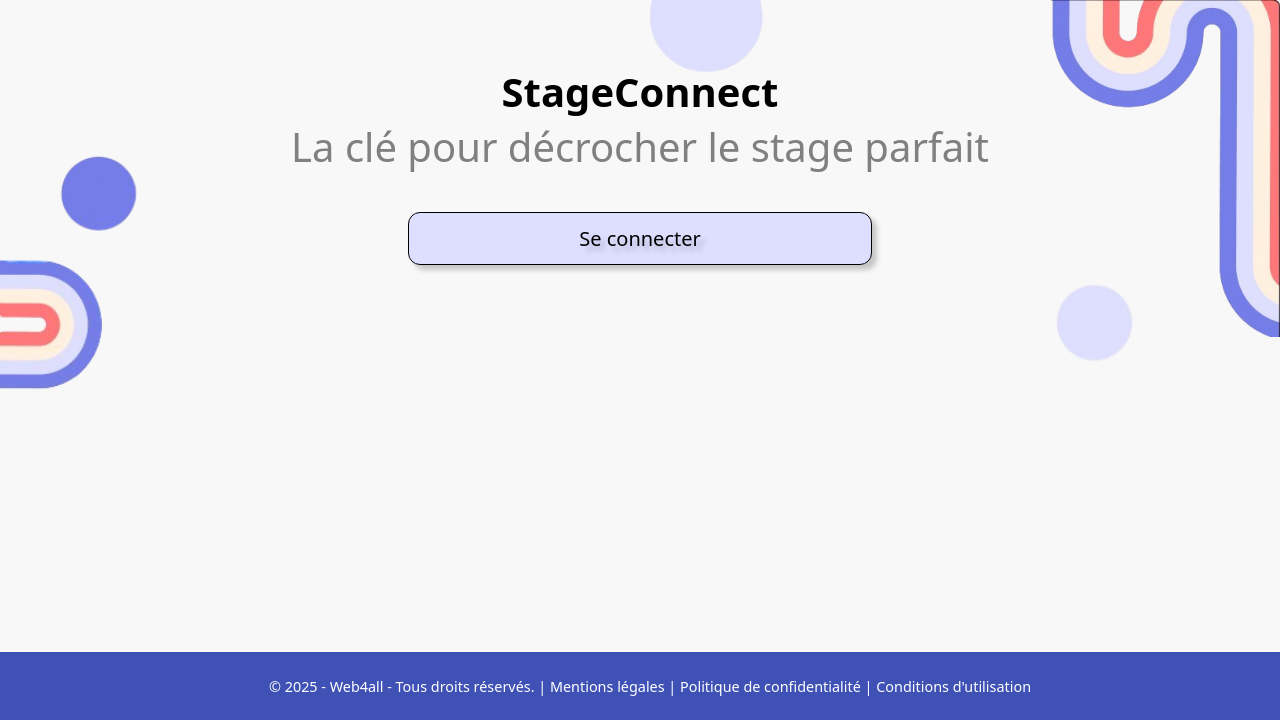
Repository: Guyllem/GroupeWeb
Page: index.html
An editor plug-in stored every save of this project. The page is shown before and after the next save, followed by the edit.
The browser window is 1280 px wide. The pictures show the whole page.

Above is the page before, as saved 2025-02-28 21:04:36.

### index.html
<!DOCTYPE html>
<html lang="fr">
  <head>
    <meta charset="UTF-8" />
    <meta name="viewport" content="width=device-width, initial-scale=1.0" />
    <title>Stage Connect</title>
    <link rel="stylesheet" href="styles.css" />
  </head>
  <body>
    <header>
      <img class="bulle1" src="img/bulle1.png" alt="bulle1" />
      <img class="arc-en-ciel" src="img/arc en ciel.png" alt="arc en ciel" />
      <h1 class="titre">StageConnect</h1>
      <img class="bulle2" src="img/bulle2.png" alt="bulle2" />
      <p class="slogan">La clé pour décrocher le stage parfait</p>
    </header>
    <main>
      <a href="pages/connexion.html" class="btn-connexion">Se connecter</a>
      <img src="img/arc en ciel2.png" alt="arc-en-ciel2" class="arc-en-ciel2" />
      <img src="img/bulle3.png" alt="bulle3" class="bulle3" />
    </main>
    <footer>
      <p>
        © 2025 - Web4all - Tous droits réservés. |
        <a href="#">Mentions légales</a> |
        <a href="#">Politique de confidentialité</a> |
        <a href="#">Conditions d'utilisation</a>
      </p>
    </footer>
  </body>
</html>

### styles.css
body {
    font-family: system-ui, -apple-system, BlinkMacSystemFont, 'Segoe UI', Roboto, Oxygen, Ubuntu, Cantarell, 'Open Sans', 'Helvetica Neue', sans-serif;
    text-align: center;
    background: #f8f8f8;
    margin: 0;
    padding: 0;
    position: relative;
    overflow: hidden;
}

.titre {
    font-size: 2.5em;
    margin-top: 5%;
    margin-bottom: 0;
}

.slogan {
    color: gray;
    font-size: 2.5em;
    margin-bottom: 3%;
    margin-top: 0;
}

.btn-connexion {
    display: inline-block;
    padding: 0.75rem 10.63rem;
    background-color: #dedeff;
    color: black;
    text-decoration: none;
    border-radius: 0.75rem;
    border: 0.063rem solid #000;
    box-shadow: 0.313rem 0.313rem 0.313rem rgba(0, 0, 0, 0.2);
    font-size: 1.25em;
    text-shadow: 0.313rem 0.313rem 0.313rem rgba(0, 0, 0, 0.2);
    transition: all 0.3s ease;
}

.btn-connexion:hover {
    background-color: #b3b3ff;
    transform: scale(1.05);
    box-shadow: 0.5rem 0.5rem 0.5rem rgba(0, 0, 0, 0.3);
}

footer {
    background-color: #3F51B5;
    color: white;
    font-size: 0.9em;
    padding: 0.625rem;
    position: fixed;
    bottom: 0;
    width: 100%;
}

footer a {
    color: white;
    text-decoration: none;
}

.arc-en-ciel{
    position: fixed;
    right: -0.1%;
    top: 0;
    width: 18%;
    height: auto;
    margin: 0;
    padding: 0;
}


.bulle1{
    position:fixed;
    margin: 0;
    padding: 0;
    width: 11%;
    height: auto;
    top: 0%;
    left: 10;
}

.bulle2{
    position:absolute;
    margin: 0;
    padding: 0;
    width: 8%;
    right: 88%;
    top: 40%;
}

.bulle3{
    position:absolute;
    margin: 0;
    padding: 0;
    width: 9%;
    right: 10%;
    top: 105%;
}

.arc-en-ciel2{
    position:absolute;
    margin: 0;
    padding: 0;
    width: 9%;
    left: 0;
    top: 95%;
}

.submit-btn{
    display: inline-block;
    padding: 0.40rem 9.63rem;
    background-color: #3F51B5;
    color: white;
    text-decoration: none;
    border-radius: 1.5rem;
    border: 0.063rem solid #000;
    box-shadow: 0.313rem 0.313rem 0.313rem rgba(0, 0, 0, 0.2);
    font-size: 1.25em;
    text-shadow: 0.313rem 0.313rem 0.313rem rgba(0, 0, 0, 0.2);
    transition: all 0.3s ease;
}

.submit-btn:hover {
    transform: scale(1.05);
    box-shadow: 0.5rem 0.5rem 0.5rem rgba(0, 0, 0, 0.3);
}

.stay-connect{
    color:#3F51B5;
}

#better-connect{
    accent-color: #3F51B5;
    margin-top: 2%;
    margin-bottom: 1%;
}

.email-form input{
    width: 30%;
    padding: 12px;
    border: 2px solid #3F51B5;
    border-radius: 8px;
    font-size: 1rem;
    color: #2d3748;
    background-color: #ffffff;
    transition: all 0.2s ease;
    box-shadow: 0 2px 4px rgba(0, 0, 0, 0.1);
}

.password-form input{
    width: 30%;
    padding: 12px;
    border: 2px solid #3F51B5;
    border-radius: 8px;
    font-size: 1rem;
    color: #2d3748;
    background-color: #ffffff;
    transition: all 0.2s ease;
    box-shadow: 0 2px 4px rgba(0, 0, 0, 0.1);
}

.email-form input:focus{
    border-color: #667eea;
    outline: none;
    box-shadow: 0 0 0 1px #3F51B5;
}

.password-form input:focus{
    border-color: #667eea;
    outline: none;
    box-shadow: 0 0 0 1px #3F51B5;
}

After the next save:
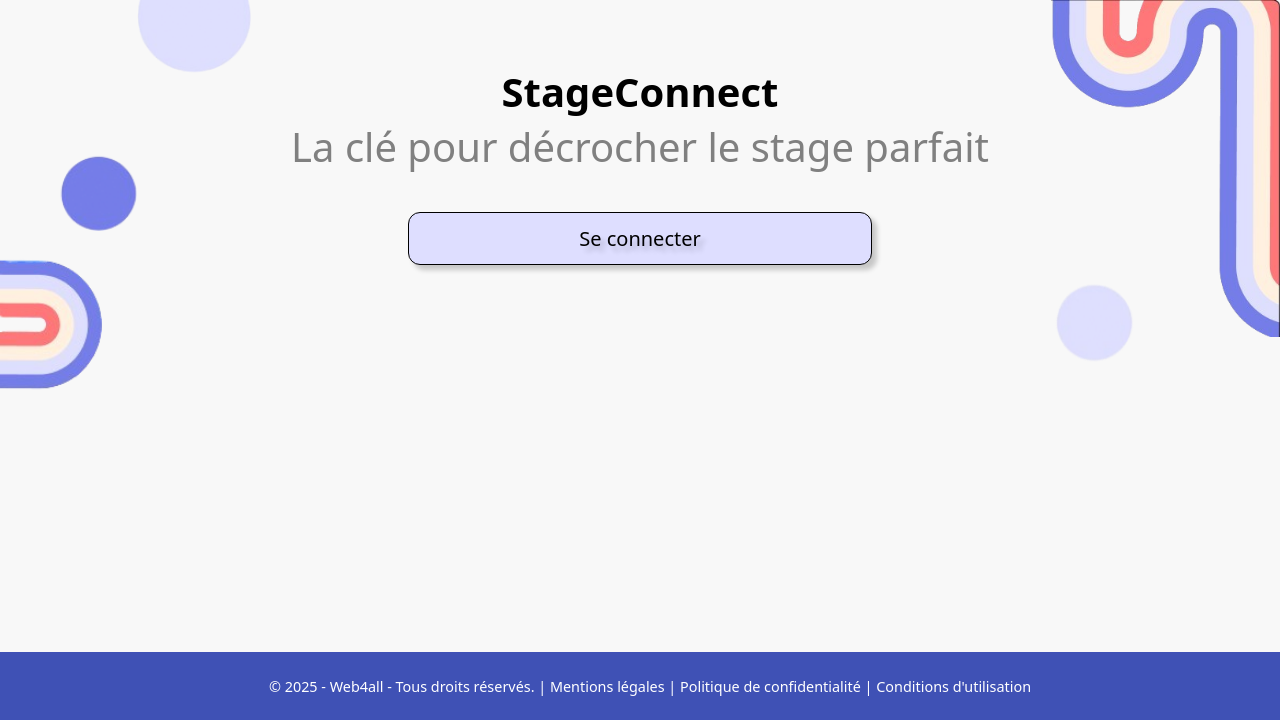
Saved 4 s later.
--- a/styles.css
+++ b/styles.css
@@ -74,7 +74,7 @@ footer a {
     width: 11%;
     height: auto;
     top: 0%;
-    left: 10;
+    left: 10%;
 }
 
 .bulle2{
